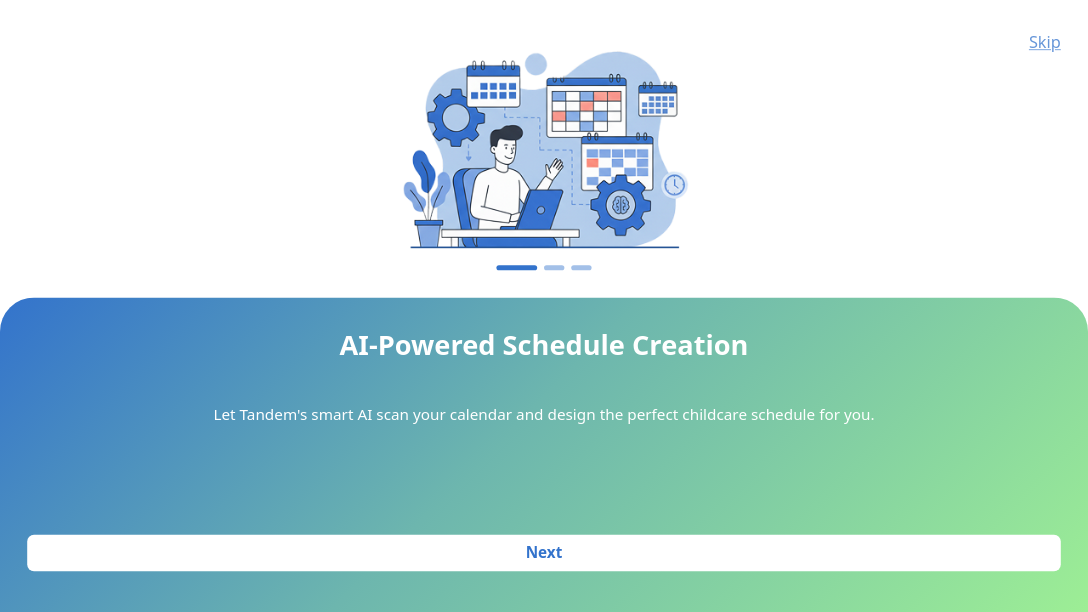
Repository: IDSP-TRADECARE/Tandem
Page: /boarding/features
An editor plug-in stored every save of this project. The page is shown before and after the next save, followed by the edit.
The browser window is 1280 px wide. The pictures show the whole page, at 85% of full size.
The page's requests for data from a server got no answer. Some web fonts or font styles are not loaded; a fallback is used. The project was rebuilt for these pictures with package versions that can differ from the ones it lists, and the page was loaded fresh each time. Some packages were replaced by stand-ins written for this rebuild. The framework's server and built-in components were replaced by stand-ins that run in the browser. No one was signed in, and anything a server would have sent is missing. Also part of the build but not shown: next.config.ts, src/app/components/auth/AuthGuard.tsx.

Above is the page before, as saved 2025-11-23 00:27:54.

After the next save:
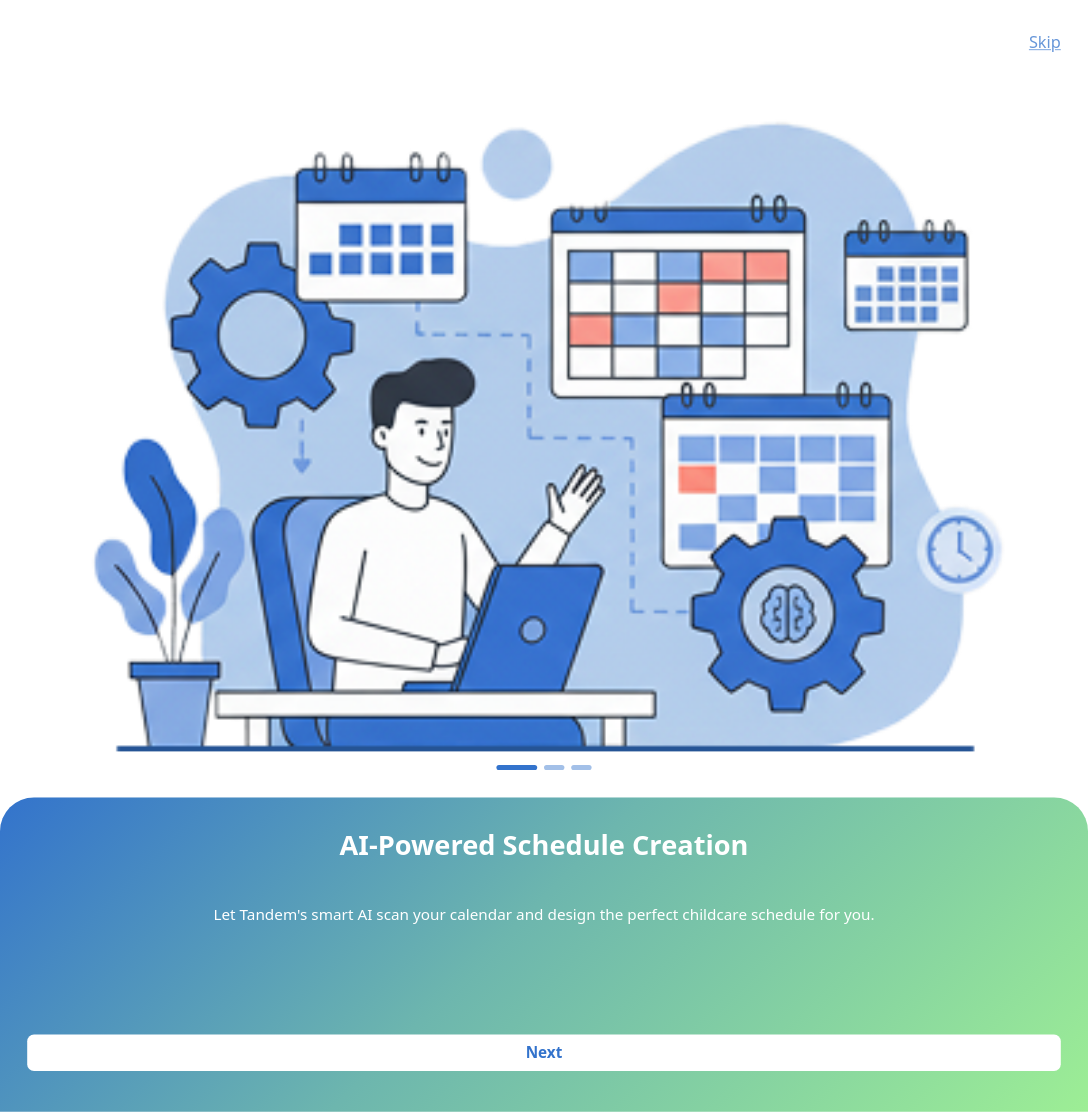
Saved 41 s later.
--- a/src/app/boarding/features/features.module.css
+++ b/src/app/boarding/features/features.module.css
@@ -40,7 +40,8 @@
 }
 
 .imageContainer img {
-    max-width: 100%;
+    width: 120%;
+    max-width: none;
     height: auto;
     object-fit: contain;
 }
